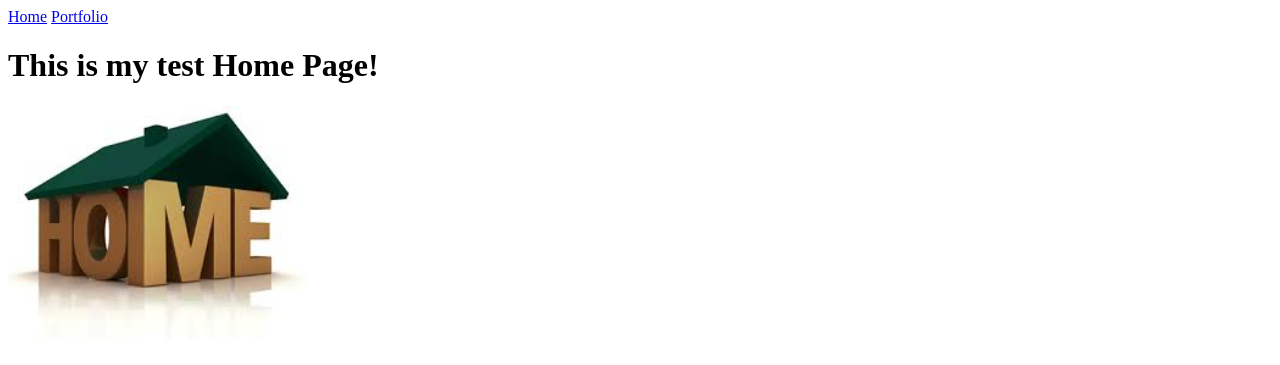
Repository: alopez1919/alopez1919.github.io
Page: my_website/index.html
The author's editor kept a record of every edit. The page is drawn from the files as they stood at one moment, then again after the next edit.
The browser window is 1280 px wide. The pictures show the whole page.

Above is the page before.

After the next edit:
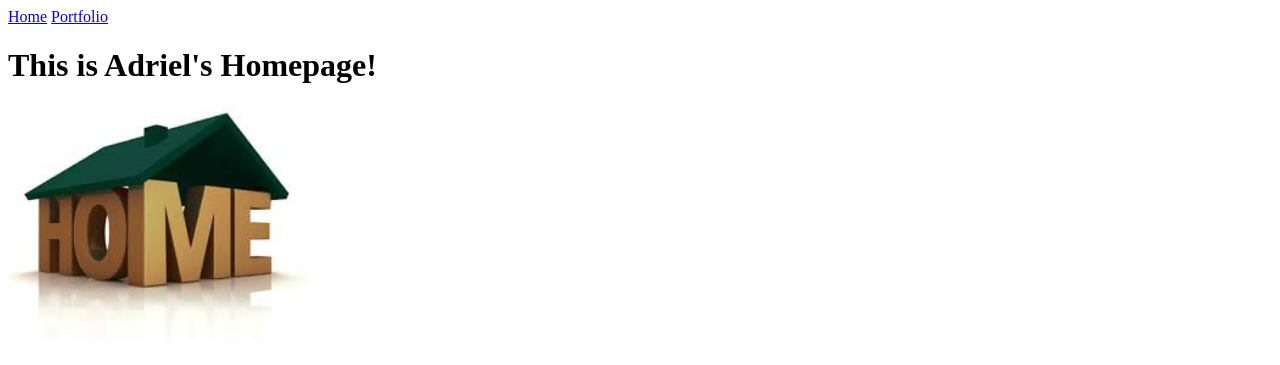
The edit:
--- a/my_website/index.html
+++ b/my_website/index.html
@@ -7,7 +7,7 @@
   <body>
     <a href="index.html">Home</a>
     <a href="portfolio.html">Portfolio</a>
-    <h1>This is my test Home Page!</h1>
+    <h1>This is Adriel's Homepage!</h1>
     <img src="images/home.jpg" height="250">
   </body>
 </html>
